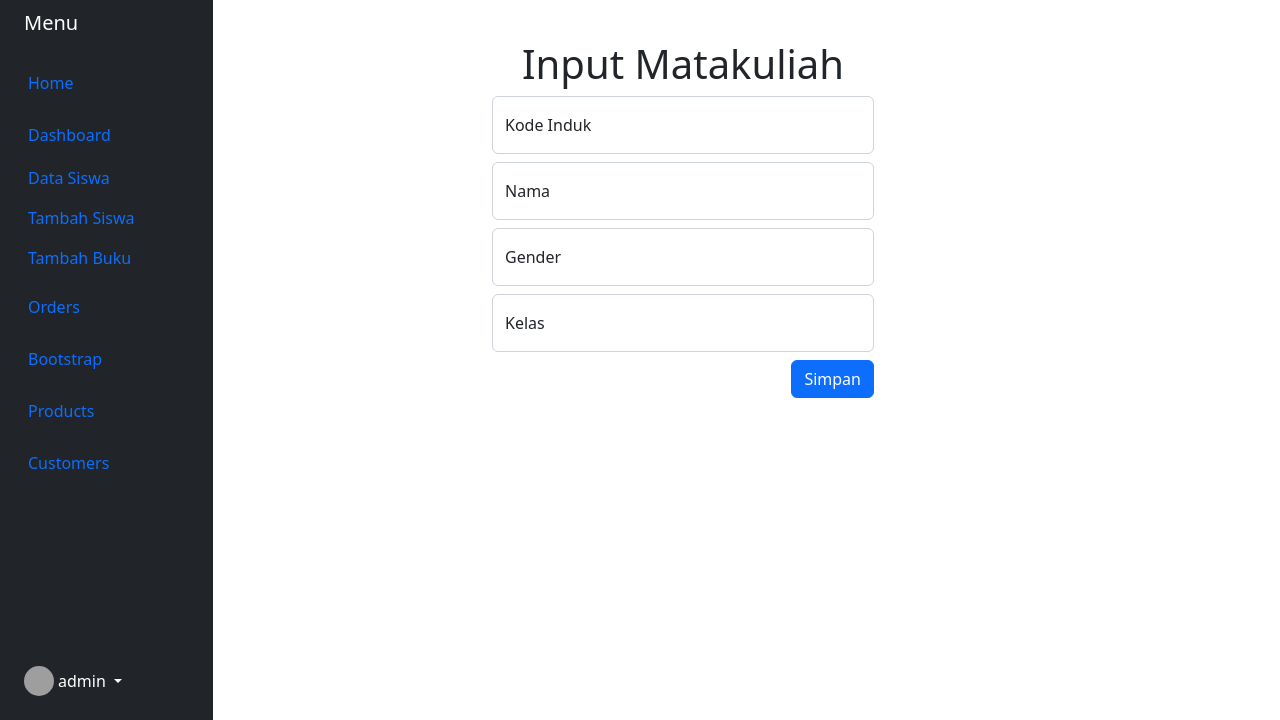
Repository: ervina991/uas-headless-cms
Page: /admin/buku-gql/createbuku
These files come from the project's save history. The page is drawn as it stood at one moment and after the next save; the edit follows.
The browser window is 1280 px wide. The pictures show the whole page.
Pictures or frames that could not be fetched are drawn as grey boxes. The project was rebuilt for these pictures with package versions that can differ from the ones it lists, and the page was loaded fresh each time. The framework's server and built-in components were replaced by stand-ins that run in the browser. Also part of the build but not shown: next.config.js.

Above is the page before, as saved 2023-01-16 18:31:22.

### pages/_app.js
//import '../styles/globals.css'
import React from 'react'
import { SessionProvider } from 'next-auth/react'
import 'bootstrap/dist/css/bootstrap.min.css'

function MyApp({ Component, pageProps:{session, ...pageProps} }) {
  return (
    <SessionProvider session={session}>
      <Component {...pageProps} />
    </SessionProvider>
  );
}

export default MyApp

### pages/admin/buku-gql/createbuku.jsx

import React from 'react';
import AdminLayout from '../../../components/admin/AdminLayout';
import CreateSiswa from '../../../components/admin/siswa-gql/CreateSiswa';

const createsiswa = () => {
    return (
        <AdminLayout>
            <CreateSiswa />
        </AdminLayout>
    );
};

export default createsiswa;

### components/admin/AdminLayout.js

import SideBar from './SideBar';

function AdminLayout({children}) {
    return (
        <div>
            <SideBar children = {children} />
                {/* {children}
            </SideBar> */}
        </div>
    );
}
export default AdminLayout;

### components/admin/siswa-gql/CreateSiswa.jsx
//@ts-check
import React from "react";
import { useState } from "react";
import { ApolloClient, InMemoryCache, gql } from "@apollo/client";

const client=new ApolloClient({
    uri: 'http://localhost:1337/graphql',
    cache: new InMemoryCache()
})

const CreateSiswa = () => {
    const [kdinduk, setKdinduk] = useState('');
    const [nama, setNama] = useState('');
    const [gender, setGender] = useState('');
    const [kelas, setKelas] = useState('');


    const getKdindukAndKelas = () =>{
        const objKelas = {'11' : 'Teknik Informatika', '31' : 'Manajemen Informatika'}
        const kdKelas = kdinduk.substring(0,2)
        const kdGender = kdinduk.substring(2,4)

        const kelas = objKelas[kdKelas]
        const gender = '20'+kdGender

        setKelas(kelas)
        setGender(gender)

        console.log(kelas+',' +kdGender)
    }

    async function submitHandler(e){
        e.preventDefault()
        try {
            await client.mutate({
                mutation:gql`
                mutation{
                    createSiswa(data:{
                        kdinduk:"${kdinduk}",
                        nama:"${nama}",
                        gender:"${gender}",
                        kelas:"${kelas}"
                    })
                    {
                        data{
                            id
                            attributes{
                                kdinduk
                                nama
                                gender
                                kelas
                            }
                        }
                    }
                }`
            })
            alert("Penambahan Data Sukses")
            clearInput()
        } catch (e) {
            throw Error(e.message)
        }
    }


    const clearInput=()=>{
        setKdinduk('')
        setNama('')
        setGender('')
        setKelas('')
    }


    return(
        <div>
            <div className="container mt-4">
                <form className="w-50 mx-auto" onSubmit={submitHandler}>
                    <h1 className="w-75 text-center">Input Matakuliah</h1>
                    <div className="w-75">
                        <div className="form-floating">
                            <input
                                className="form-control mb-2"
                                id="kdinduk"
                                type="text"
                                placeholder="KDINDUK"
                                value={kdinduk}
                                onChange={(e) => setKdinduk(e.target.value)}
                                onBlur={getKdindukAndKelas}
                            />
                            <label htmlFor="kdinduk">Kode Induk</label>
                        </div>

                        <div className="form-floating">
                            <input
                                className="form-control mb-2"
                                id="nama"
                                type="text"
                                placeholder="nama"
                                value={nama}
                                onChange={(e) => setNama(e.target.value)}
                            />
                            <label htmlFor="kdinduk">Nama</label>
                        </div>

                        <div className="form-floating">
                            <input
                                className="form-control mb-2"
                                id="gender"
                                type="text"
                                placeholder="gender"
                                value={gender}
                                onChange={(e) => setGender(e.target.value)}
                            />
                            <label htmlFor="kdinduk">Gender</label>
                        </div>

                        <div className="form-floating">
                            <input
                                className="form-control mb-2"
                                id="kelas"
                                type="text"
                                placeholder="Program Studi"
                                value={kelas}
                                onChange={(e) => setKelas(e.target.value)}
                            />
                            <label htmlFor="kdinduk">Kelas</label>
                        </div>
                    </div>

                    <div className="w-75 d-flex flex-row-reverse">
                        <button
                            className="btn btn-primary"
                            type="submit"
                        >
                            Simpan
                        </button>
                    </div>
                </form>
            </div>
        </div>
    );
}

export default CreateSiswa;

### components/admin/SideBar.js
//@ts-check

import Link from 'next/link';
import Script from 'next/script';
import React from 'react';

//perpus
const SideBar = ({ children }) => {
    return (
        <div>
            <div className="container-fluid">
                <div className="row flex-nowrap">
                    <div className="col-auto col-md-3 col-xl-2 px-sm-2 px-0 bg-dark">
                        <div className="d-flex flex-column align-items-center align-items-sm-start px-3 pt-2 text-white min-vh-100">
                            <a href="#" className="d-flex align-items-center pb-3 mb-md-0 me-md-auto text-white text-decoration-none">
                                <span className="fs-5 d-none d-sm-inline">Menu</span>
                            </a>
                            <ul className="nav nav-pills flex-column mb-sm-auto mb-0 align-items-center align-items-sm-start" id="menu">
                                <li className="nav-item">
                                    <Link href='/admin'>
                                        <a className="nav-link align-middle px-0">
                                            <i className="fs-4 bi-house" /> <span className="ms-1 d-none d-sm-inline">Home</span>
                                        </a>
                                    </Link>
                                </li>
                                <li>
                                    <a href="#submenu1" data-bs-toggle="collapse" className="nav-link px-0 align-middle">
                                        <i className="fs-4 bi-speedometer2" /> <span className="ms-1 d-none d-sm-inline">Dashboard</span> </a>
                                    <ul className="collapse show nav flex-column ms-1" id="submenu1" data-bs-parent="#menu">
                                       {/*  <li className="w-100">
                                            <Link href={{
                                                            pathname: "/admin/datamahasiswa",
                                                            query : {id : '123', nama:'riza'}}}>
                                                <a className="nav-link px-0">
                                                    <span className="d-none d-sm-inline">Data Mahasiswa</span>
                                                </a>
                                            </Link>
                                        </li> */}
                                         <li className="w-100">
                                            <Link href={"/admin/siswa-gql/datasiswa"}>

                                                <a className="nav-link px-0">
                                                    <span className="d-none d-sm-inline">Data Siswa</span>
                                                </a>
                                            </Link>
                                        </li>
                                        <li>
                                            <Link href={"/admin/siswa-gql/createsiswa"}>
                                                <a className="nav-link px-0"> <span className="d-none d-sm-inline">Tambah Siswa</span></a>
                                            </Link>
                                        </li>
                                        <li>
                                            <Link href={"/admin/buku/createbuku"}>
                                                <a className="nav-link px-0"> <span className="d-none d-sm-inline">Tambah Buku</span></a>
                                            </Link>
                                        </li>
                                    </ul>
                                </li>
                                <li>
                                    <a href="#" className="nav-link px-0 align-middle">
                                        <i className="fs-4 bi-table" /> <span className="ms-1 d-none d-sm-inline">Orders</span></a>
                                </li>
                                <li>
                                    <a href="#submenu2" data-bs-toggle="collapse" className="nav-link px-0 align-middle ">
                                        <i className="fs-4 bi-bootstrap" /> <span className="ms-1 d-none d-sm-inline">Bootstrap</span></a>
                                    <ul className="collapse nav flex-column ms-1" id="submenu2" data-bs-parent="#menu">
                                        <li className="w-100">
                                            <a href="#" className="nav-link px-0"> <span className="d-none d-sm-inline">Item</span> 1</a>
                                        </li>
                                        <li>
                                            <a href="#" className="nav-link px-0"> <span className="d-none d-sm-inline">Item</span> 2</a>
                                        </li>
                                    </ul>
                                </li>
                                <li>
                                    <a href="#submenu3" data-bs-toggle="collapse" className="nav-link px-0 align-middle">
                                        <i className="fs-4 bi-grid" /> <span className="ms-1 d-none d-sm-inline">Products</span> </a>
                                    <ul className="collapse nav flex-column ms-1" id="submenu3" data-bs-parent="#menu">
                                        <li className="w-100">
                                            <a href="#" className="nav-link px-0"> <span className="d-none d-sm-inline">Product</span> 1</a>
                                        </li>
                                        <li>
                                            <a href="#" className="nav-link px-0"> <span className="d-none d-sm-inline">Product</span> 2</a>
                                        </li>
                                        <li>
                                            <a href="#" className="nav-link px-0"> <span className="d-none d-sm-inline">Product</span> 3</a>
                                        </li>
                                        <li>
                                            <a href="#" className="nav-link px-0"> <span className="d-none d-sm-inline">Product</span> 4</a>
                                        </li>
                                    </ul>
                                </li>
                                <li>
                                    <a href="#" className="nav-link px-0 align-middle">
                                        <i className="fs-4 bi-people" /> <span className="ms-1 d-none d-sm-inline">Customers</span> </a>
                                </li>
                            </ul>
                            <hr />
                            <div className="dropdown pb-4">
                                <a href="#" className="d-flex align-items-center text-white text-decoration-none dropdown-toggle" id="dropdownUser1" data-bs-toggle="dropdown" aria-expanded="false">
                                    <img src="https://github.com/mdo.png" alt="hugenerd" width={30} height={30} className="rounded-circle" />
                                    <span className="d-none d-sm-inline mx-1">admin</span>
                                </a>
                                <ul className="dropdown-menu dropdown-menu-dark text-small shadow">
                                    <li><a className="dropdown-item" href="#">New project...</a></li>
                                    <li><a className="dropdown-item" href="#">Settings</a></li>
                                    <li><a className="dropdown-item" href="#">Profile</a></li>
                                    <li>
                                        <hr className="dropdown-divider" />
                                    </li>
                                    <li><a className="dropdown-item" href="#">Sign out</a></li>
                                </ul>
                            </div>
                        </div>
                    </div>
                    <div className="col py-3">
                        {children}
                    </div>
                </div>
            </div>
            <Script src="https://cdn.jsdelivr.net/npm/bootstrap@5.2.0-beta1/dist/js/bootstrap.bundle.min.js" integrity="sha384-pprn3073KE6tl6bjs2QrFaJGz5/SUsLqktiwsUTF55Jfv3qYSDhgCecCxMW52nD2" crossOrigin="anonymous"></Script>
        </div>
    );
}


//jika ingin menggunakan mahasiswa remark dibawah ini
// const SideBar = ({ children }) => {
//     return (
//         <div>
//             <div className="container-fluid">
//                 <div className="row flex-nowrap">
//                     <div className="col-auto col-md-3 col-xl-2 px-sm-2 px-0 bg-dark">
//                         <div className="d-flex flex-column align-items-center align-items-sm-start px-3 pt-2 text-white min-vh-100">
//                             <a href="#" className="d-flex align-items-center pb-3 mb-md-0 me-md-auto text-white text-decoration-none">
//                                 <span className="fs-5 d-none d-sm-inline">Menu</span>
//                             </a>
//                             <ul className="nav nav-pills flex-column mb-sm-auto mb-0 align-items-center align-items-sm-start" id="menu">
//                                 <li className="nav-item">
//                                     <Link href='/admin'>
//                                         <a className="nav-link align-middle px-0">
//                                             <i className="fs-4 bi-house" /> <span className="ms-1 d-none d-sm-inline">Home</span>
//                                         </a>
//                                     </Link>
//                                 </li>
//                                 <li>
//                                     <a href="#submenu1" data-bs-toggle="collapse" className="nav-link px-0 align-middle">
//                                         <i className="fs-4 bi-speedometer2" /> <span className="ms-1 d-none d-sm-inline">Dashboard</span> </a>
//                                     <ul className="collapse show nav flex-column ms-1" id="submenu1" data-bs-parent="#menu">
//                                        {/*  <li className="w-100">
//                                             <Link href={{
//                                                             pathname: "/admin/datamahasiswa",
//                                                             query : {id : '123', nama:'riza'}}}>
//                                                 <a className="nav-link px-0">
//                                                     <span className="d-none d-sm-inline">Data Mahasiswa</span>
//                                                 </a>
//                                             </Link>
//                                         </li> */}
//                                          <li className="w-100">
//                                             <Link href={"/admin/mahasiswa/datamahasiswa"}>

//                                                 <a className="nav-link px-0">
//                                                     <span className="d-none d-sm-inline">Data Mahasiswa</span>
//                                                 </a>
//                                             </Link>
//                                         </li>
//                                         <li>
//                                             <Link href={"/admin/mahasiswa/createmahasiswa"}>
//                                                 <a className="nav-link px-0"> <span className="d-none d-sm-inline">Tambah Mahasiswa</span></a>
//                                             </Link>
//                                         </li>
//                                         <li>
//                                             <Link href={"/admin/matakuliah/creatematakuliah"}>
//                                                 <a className="nav-link px-0"> <span className="d-none d-sm-inline">Tambah Matakuliah</span></a>
//                                             </Link>
//                                         </li>
//                                     </ul>
//                                 </li>
//                                 <li>
//                                     <a href="#" className="nav-link px-0 align-middle">
//                                         <i className="fs-4 bi-table" /> <span className="ms-1 d-none d-sm-inline">Orders</span></a>
//                                 </li>
//                                 <li>
//                                     <a href="#submenu2" data-bs-toggle="collapse" className="nav-link px-0 align-middle ">
//                                         <i className="fs-4 bi-bootstrap" /> <span className="ms-1 d-none d-sm-inline">Bootstrap</span></a>
//                                     <ul className="collapse nav flex-column ms-1" id="submenu2" data-bs-parent="#menu">
//                                         <li className="w-100">
//                                             <a href="#" className="nav-link px-0"> <span className="d-none d-sm-inline">Item</span> 1</a>
//                                         </li>
//                                         <li>
//                                             <a href="#" className="nav-link px-0"> <span className="d-none d-sm-inline">Item</span> 2</a>
//                                         </li>
//                                     </ul>
//                                 </li>
//                                 <li>
//                                     <a href="#submenu3" data-bs-toggle="collapse" className="nav-link px-0 align-middle">
//                                         <i className="fs-4 bi-grid" /> <span className="ms-1 d-none d-sm-inline">Products</span> </a>
//                                     <ul className="collapse nav flex-column ms-1" id="submenu3" data-bs-parent="#menu">
//                                         <li className="w-100">
//                                             <a href="#" className="nav-link px-0"> <span className="d-none d-sm-inline">Product</span> 1</a>
//                                         </li>
//                                         <li>
//                                             <a href="#" className="nav-link px-0"> <span className="d-none d-sm-inline">Product</span> 2</a>
//                                         </li>
//                                         <li>
//                                             <a href="#" className="nav-link px-0"> <span className="d-none d-sm-inline">Product</span> 3</a>
//                                         </li>
//                                         <li>
//                                             <a href="#" className="nav-link px-0"> <span className="d-none d-sm-inline">Product</span> 4</a>
//                                         </li>
//                                     </ul>
//                                 </li>
//                                 <li>
//                                     <a href="#" className="nav-link px-0 align-middle">
//                                         <i className="fs-4 bi-people" /> <span className="ms-1 d-none d-sm-inline">Customers</span> </a>
//                                 </li>
//                             </ul>
//                             <hr />
//                             <div className="dropdown pb-4">
//                                 <a href="#" className="d-flex align-items-center text-white text-decoration-none dropdown-toggle" id="dropdownUser1" data-bs-toggle="dropdown" aria-expanded="false">
//                                     <img src="https://github.com/mdo.png" alt="hugenerd" width={30} height={30} className="rounded-circle" />
//                                     <span className="d-none d-sm-inline mx-1">admin</span>
//                                 </a>
//                                 <ul className="dropdown-menu dropdown-menu-dark text-small shadow">
//                                     <li><a className="dropdown-item" href="#">New project...</a></li>
//                                     <li><a className="dropdown-item" href="#">Settings</a></li>
//                                     <li><a className="dropdown-item" href="#">Profile</a></li>
//                                     <li>
//                                         <hr className="dropdown-divider" />
//                                     </li>
//                                     <li><a className="dropdown-item" href="#">Sign out</a></li>
//                                 </ul>
//                             </div>
//                         </div>
//                     </div>
//                     <div className="col py-3">
//                         {children}
//                     </div>
//                 </div>
//             </div>
//             <Script src="https://cdn.jsdelivr.net/npm/bootstrap@5.2.0-beta1/dist/js/bootstrap.bundle.min.js" integrity="sha384-pprn3073KE6tl6bjs2QrFaJGz5/SUsLqktiwsUTF55Jfv3qYSDhgCecCxMW52nD2" crossOrigin="anonymous"></Script>
//         </div>
//     );
// }

export default SideBar;

After the next save:
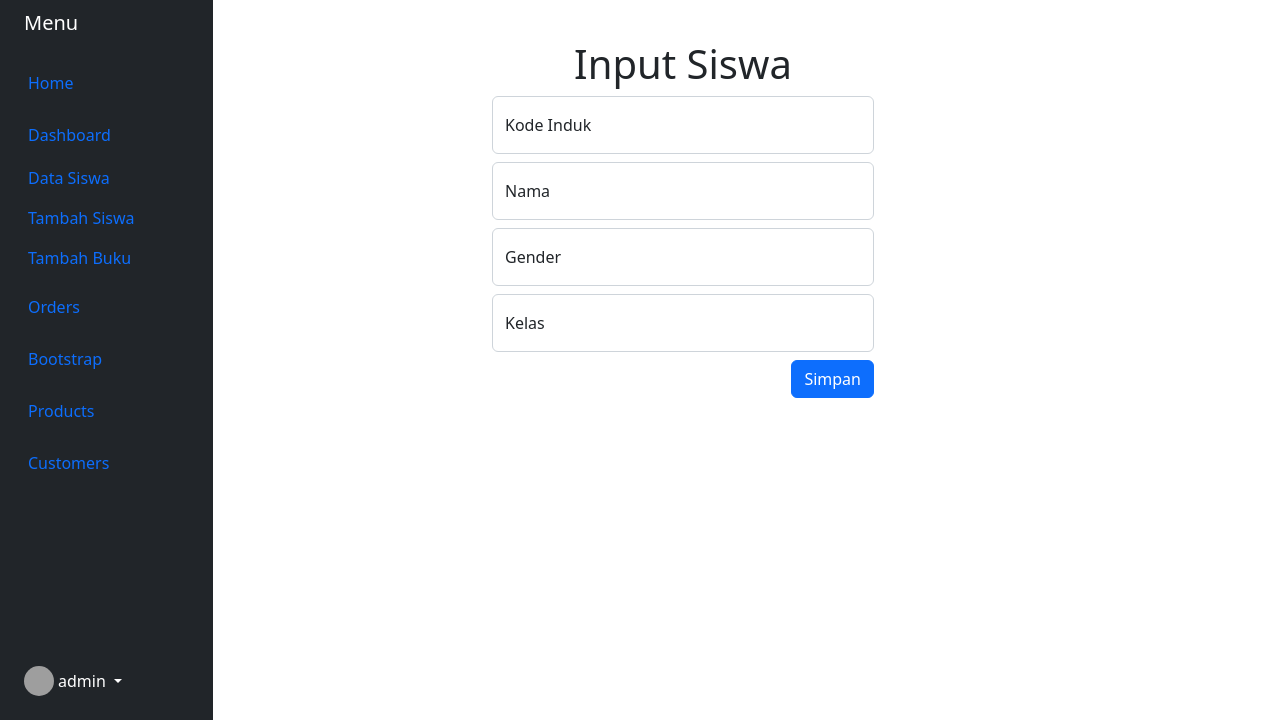
Saved 19 s later.
--- a/components/admin/siswa-gql/CreateSiswa.jsx
+++ b/components/admin/siswa-gql/CreateSiswa.jsx
@@ -74,7 +74,7 @@ const CreateSiswa = () => {
         <div>
             <div className="container mt-4">
                 <form className="w-50 mx-auto" onSubmit={submitHandler}>
-                    <h1 className="w-75 text-center">Input Matakuliah</h1>
+                    <h1 className="w-75 text-center">Input Siswa</h1>
                     <div className="w-75">
                         <div className="form-floating">
                             <input
